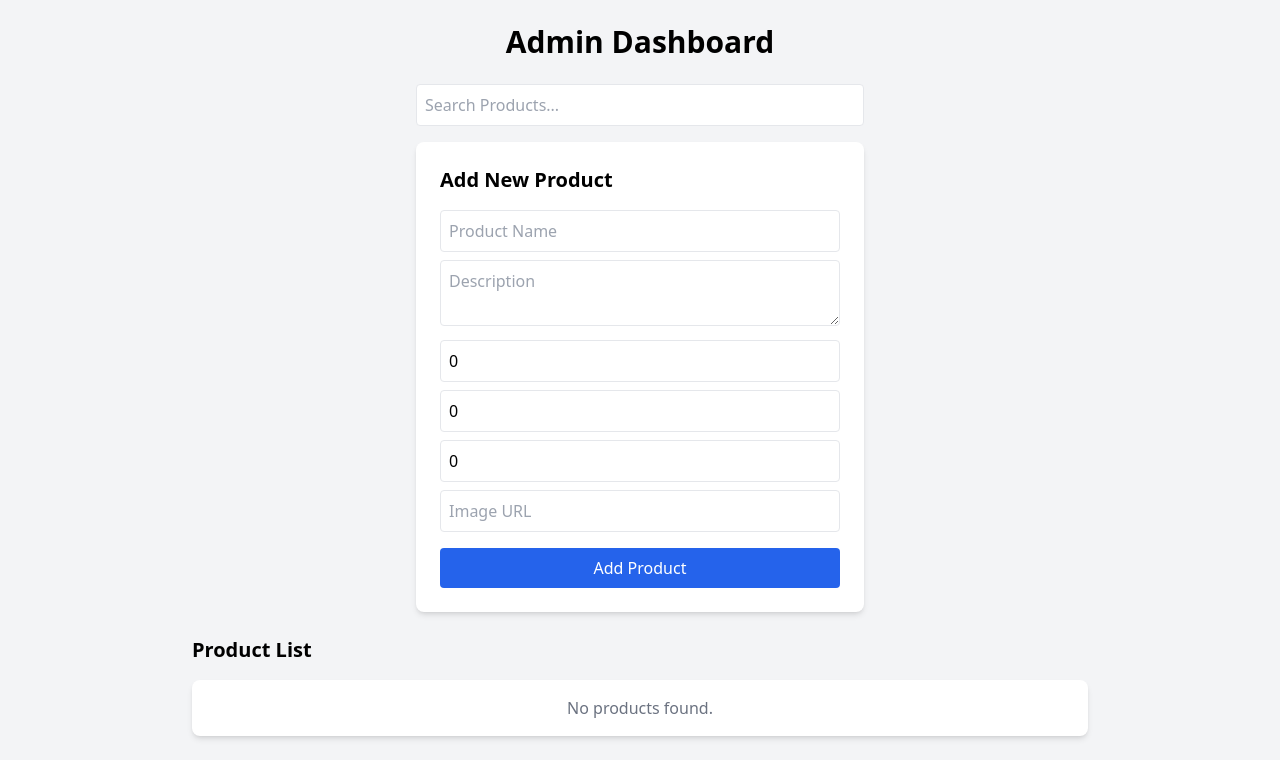
Repository: prathyushaa5/BuyYours
Page: /admin-dashboard (app in Frontend/)
These files come from the project's save history. The page is drawn as it stood at one moment and after the next save; the edit follows.
The browser window is 1280 px wide. The pictures show the whole page.
The page's requests for data from a server got no answer. The project was rebuilt for these pictures with package versions that can differ from the ones it lists, and the page was loaded fresh each time. No one was signed in, and anything a server would have sent is missing. Also part of the build but not shown: Frontend/vite.config.js, Frontend/src/components/Main.jsx, Frontend/src/components/Login.jsx, Frontend/src/components/Signup.jsx, Frontend/src/components/Home.jsx, Frontend/src/components/Navbar.jsx, Frontend/src/components/Categories.jsx, Frontend/src/components/Product.jsx and 4 more. Imported but missing from the stored project, and not drawn on this page: Frontend/src/components/Orders.

Above is the page before, as saved 2025-02-16 12:40:38.

After the next save:
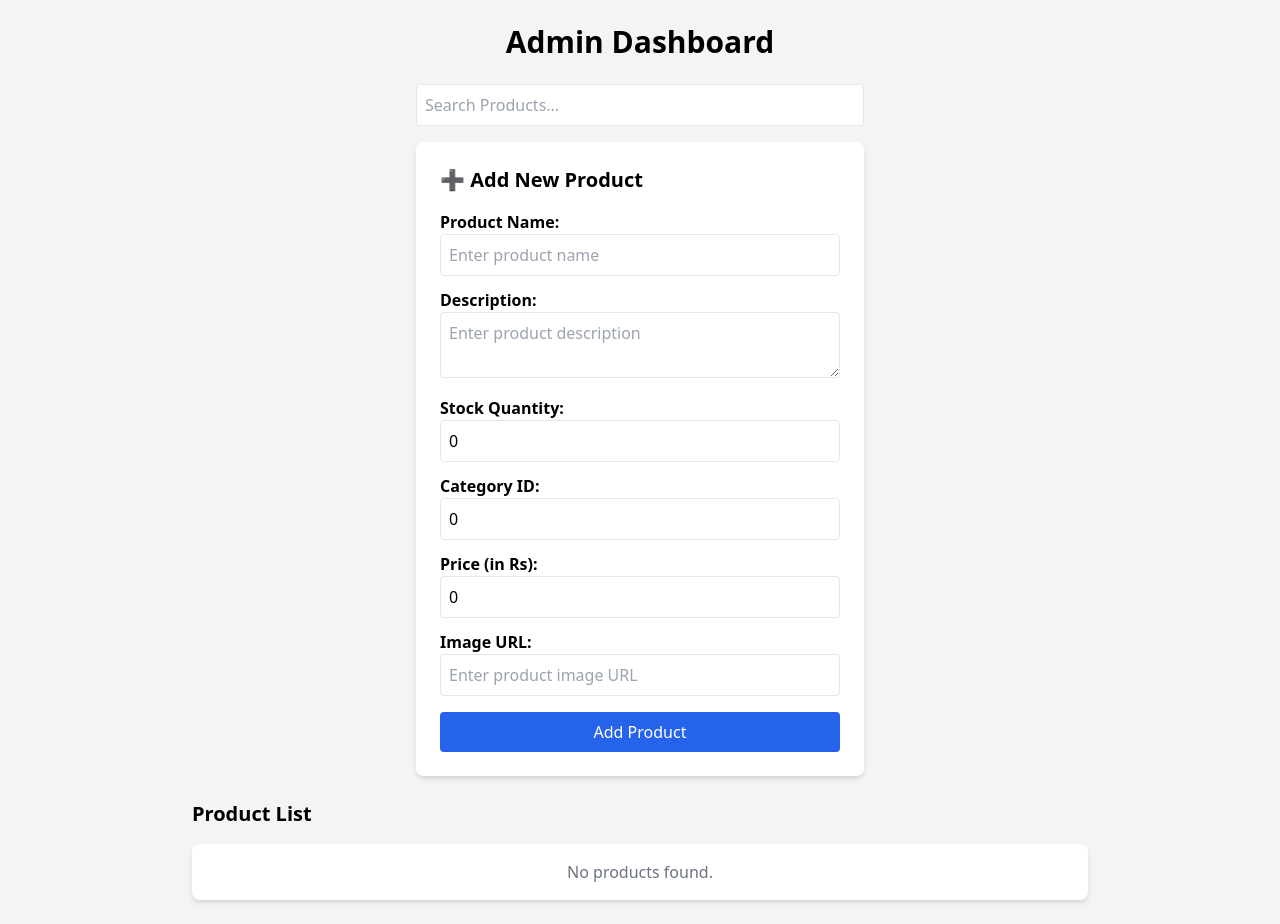
Saved 50 s later.
--- a/Frontend/src/components/Admin/AdminDashboard.jsx
+++ b/Frontend/src/components/Admin/AdminDashboard.jsx
@@ -105,13 +105,26 @@ const AdminDashboard = () => {
 
       {/* Add Product Form */}
       <div className="bg-white p-6 rounded-lg shadow-md max-w-md mx-auto mb-6">
-        <h3 className="text-xl font-bold mb-4">Add New Product</h3>
-        <input type="text" name="name" placeholder="Product Name" value={newProduct.name} onChange={handleInputChange} className="w-full p-2 border mb-2 rounded" />
-        <textarea name="description" placeholder="Description" value={newProduct.description} onChange={handleInputChange} className="w-full p-2 border mb-2 rounded" />
-        <input type="number" name="stockQuantity" placeholder="Stock Quantity" value={newProduct.stockQuantity} onChange={handleInputChange} className="w-full p-2 border mb-2 rounded" />
-        <input type="number" name="categoryID" placeholder="Category ID" value={newProduct.categoryID} onChange={handleInputChange} className="w-full p-2 border mb-2 rounded" />
-        <input type="number" name="price" placeholder="Price" value={newProduct.price} onChange={handleInputChange} className="w-full p-2 border mb-2 rounded" />
-        <input type="text" name="imageURL" placeholder="Image URL" value={newProduct.imageURL} onChange={handleInputChange} className="w-full p-2 border mb-4 rounded" />
+        <h3 className="text-xl font-bold mb-4">➕ Add New Product</h3>
+
+        <label className="block font-semibold">Product Name:</label>
+        <input type="text" name="name" placeholder="Enter product name" value={newProduct.name} onChange={handleInputChange} className="w-full p-2 border mb-3 rounded" />
+
+        <label className="block font-semibold">Description:</label>
+        <textarea name="description" placeholder="Enter product description" value={newProduct.description} onChange={handleInputChange} className="w-full p-2 border mb-3 rounded" />
+
+        <label className="block font-semibold">Stock Quantity:</label>
+        <input type="number" name="stockQuantity" placeholder="Enter stock quantity" value={newProduct.stockQuantity} onChange={handleInputChange} className="w-full p-2 border mb-3 rounded" />
+
+        <label className="block font-semibold">Category ID:</label>
+        <input type="number" name="categoryID" placeholder="Enter category ID" value={newProduct.categoryID} onChange={handleInputChange} className="w-full p-2 border mb-3 rounded" />
+
+        <label className="block font-semibold">Price (in Rs):</label>
+        <input type="number" name="price" placeholder="Enter product price" value={newProduct.price} onChange={handleInputChange} className="w-full p-2 border mb-3 rounded" />
+
+        <label className="block font-semibold">Image URL:</label>
+        <input type="text" name="imageURL" placeholder="Enter product image URL" value={newProduct.imageURL} onChange={handleInputChange} className="w-full p-2 border mb-4 rounded" />
+
         <button onClick={handleAddProduct} className="w-full bg-blue-600 text-white py-2 rounded hover:bg-blue-700">Add Product</button>
       </div>
 
